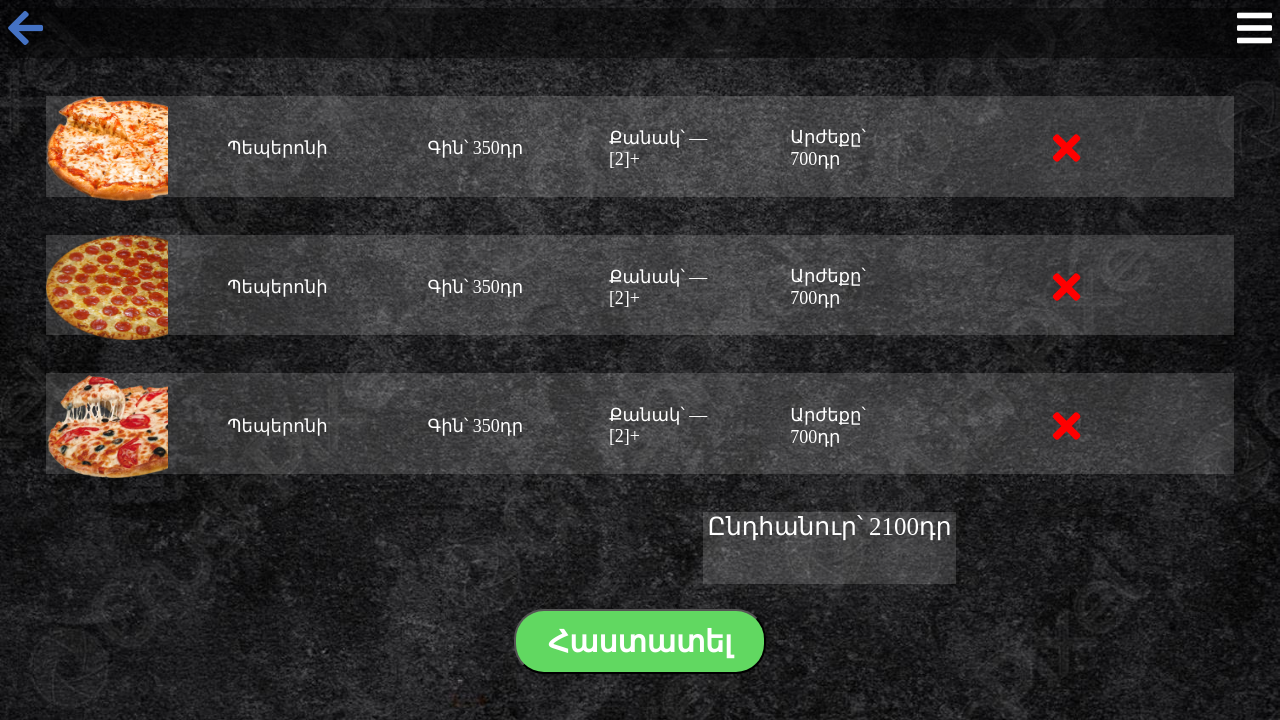
Repository: NarekTovmasyan/PizzaManue
Page: public/basket.html
These files come from the project's save history. The page is drawn as it stood at one moment and after the next save; the edit follows.
The browser window is 1280 px wide. The pictures show the whole page.

Above is the page before, as saved 2022-01-20 16:34:43.

After the next save:
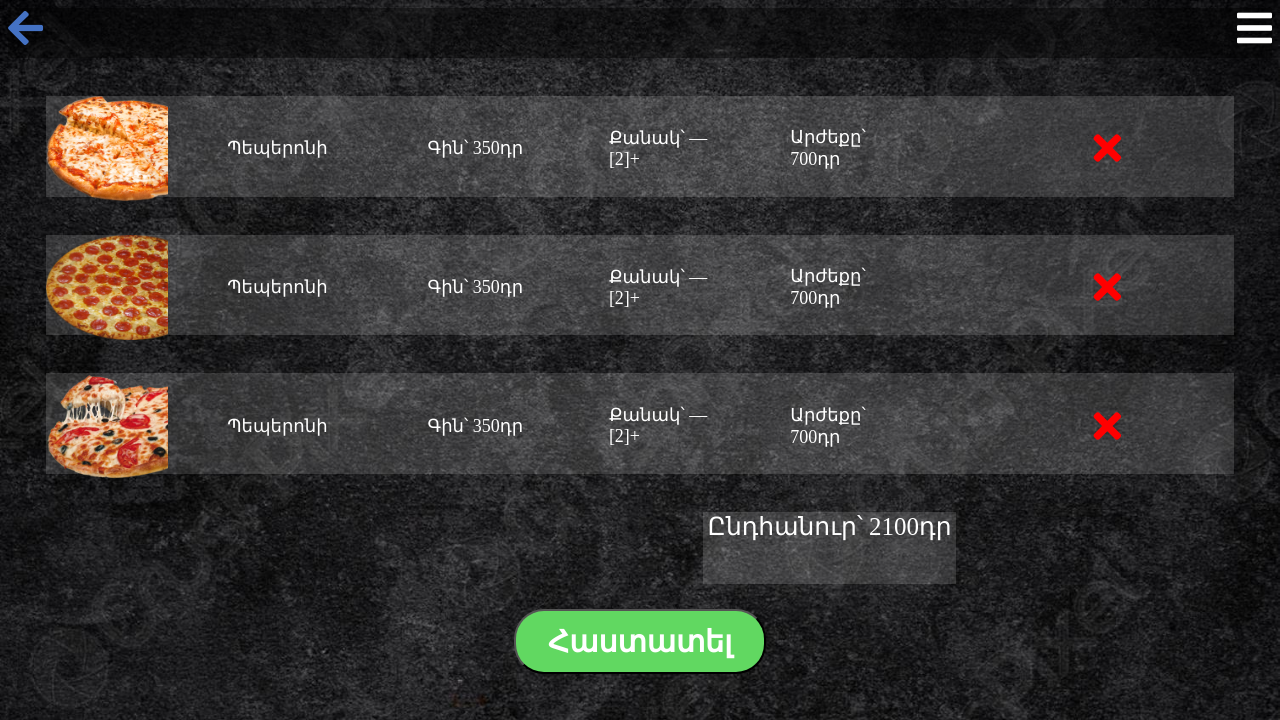
Saved 2 min 8 s later.
--- a/public/basket.css
+++ b/public/basket.css
@@ -24,7 +24,7 @@ body {
     cursor: pointer;
   }
   .icon{
-    margin-left: 100%;
+    margin-left: 150%;
   }
   .icon > i{
       font-size: 40px;
